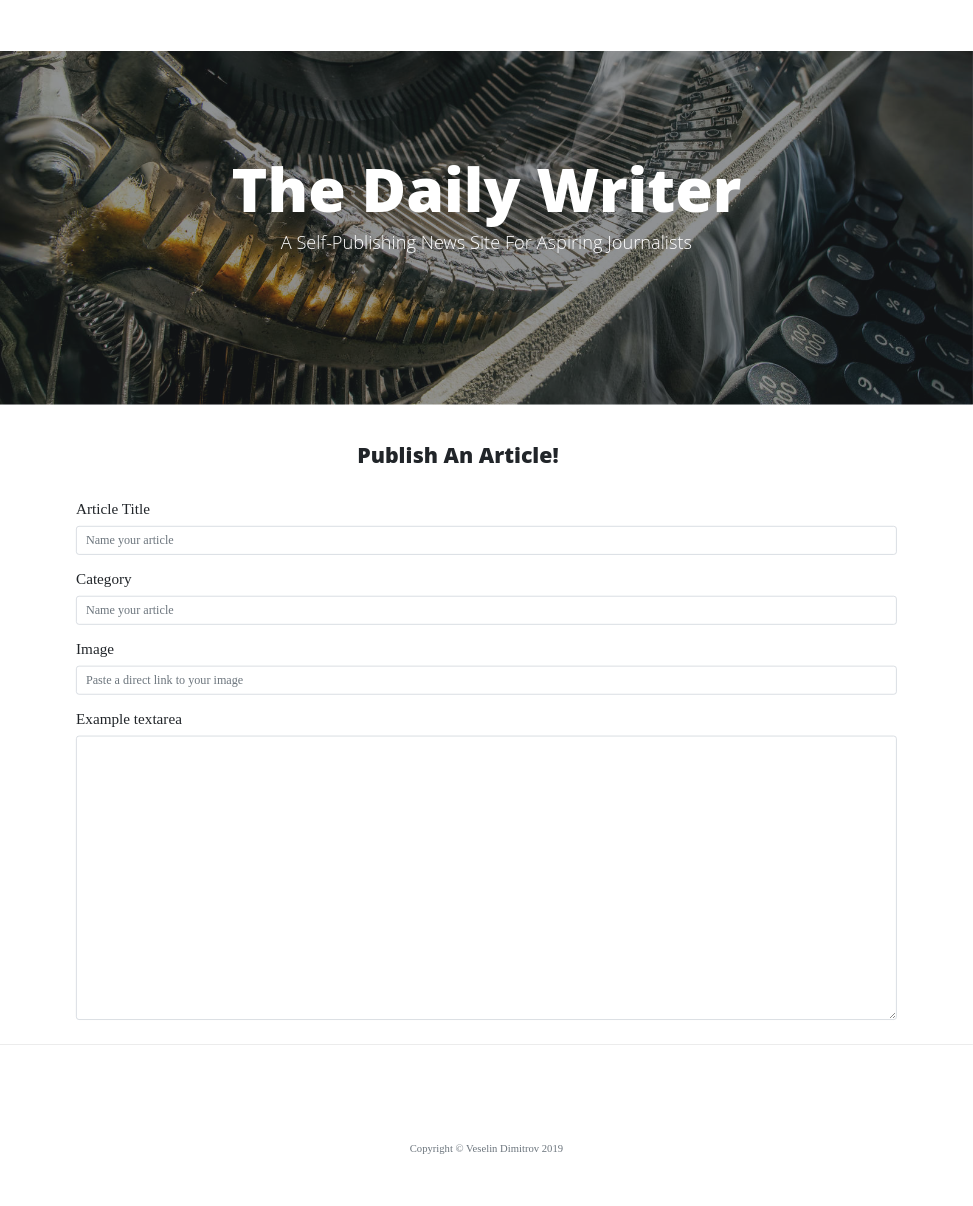
Repository: Vesss/Blog-Project
Page: http://localhost/post
The author's editor kept a record of every edit. The page is drawn from the files as they stood at one moment, then again after the next edit.
The browser window is 1280 px wide. The pictures show the whole page, at 76% of full size.
The page is served by the project's application, run on Flask 3 (app.py).

Above is the page before.

After the next edit:
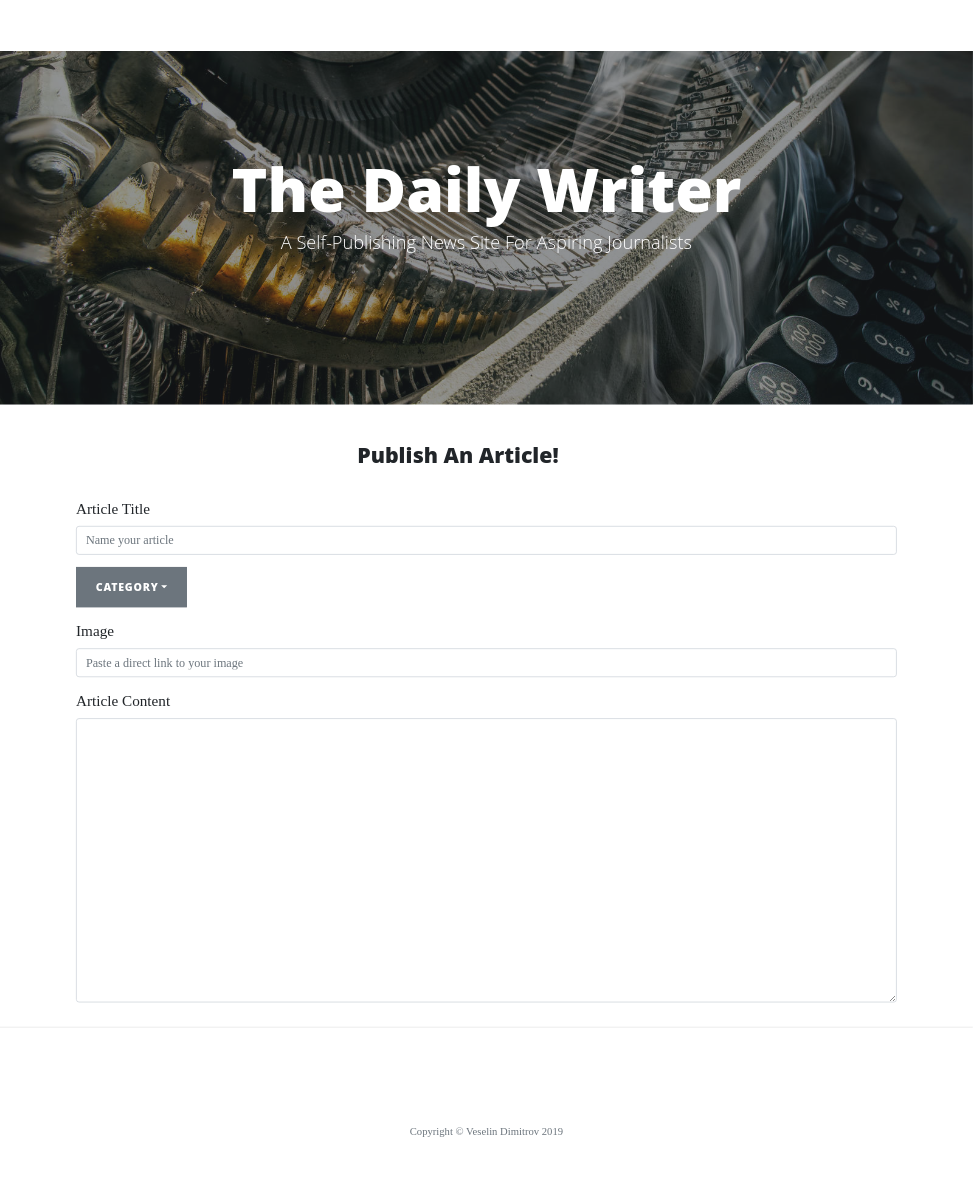
The edit:
--- a/templates/post.html
+++ b/templates/post.html
@@ -14,16 +14,20 @@
                 <label for="article">Article Title</label>
                 <input type="text" class="form-control" placeholder="Name your article">
             </div>
-            <div class="form-group">
-                <label for="article">Category</label>
-                <input type="text" class="form-control" placeholder="Name your article">
+            <div class="dropdown form-group">
+                <button class="btn btn-secondary dropdown-toggle" type="button" id="dropdownMenuButton" data-toggle="dropdown" aria-haspopup="true" aria-expanded="false">Category</button>
+                <div class="dropdown-menu" aria-labelledby="dropdownMenuButton">
+                    <a class="dropdown-item" href="#">Action</a>
+                    <a class="dropdown-item" href="#">Another action</a>
+                    <a class="dropdown-item" href="#">Something else here</a>
+                </div>
             </div>
             <div class="form-group">
                 <label for="image">Image</label>
                 <input type="text" class="form-control" placeholder="Paste a direct link to your image">
             </div>
             <div class="form-group">
-                <label for="exampleFormControlTextarea1">Example textarea</label>
+                <label for="exampleFormControlTextarea1">Article Content</label>
                 <textarea class="form-control" id="exampleFormControlTextarea1" rows="15"></textarea>
             </div>
         </form>
